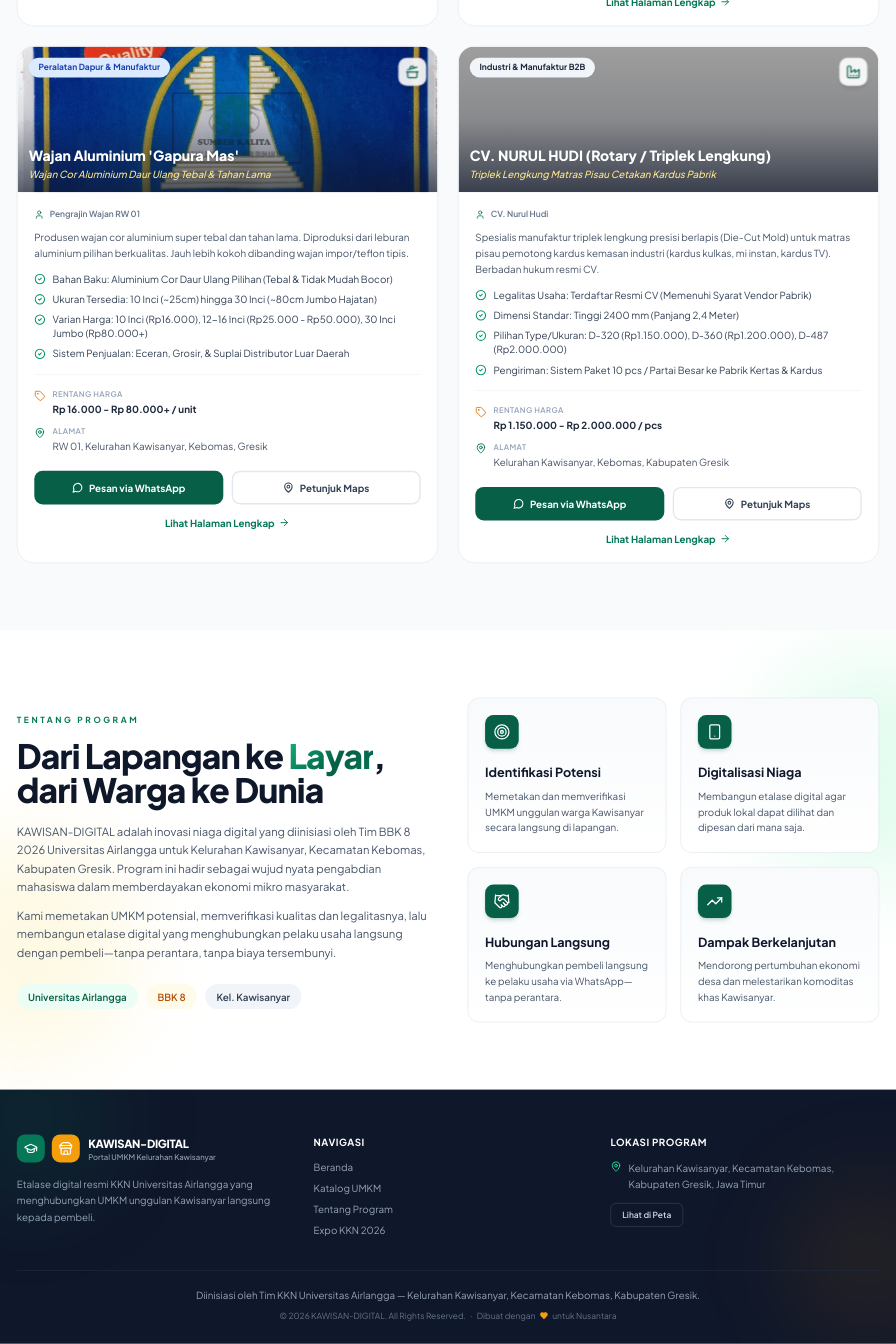
Repository: Anggaaa2006/Kawisan-Digital-
Page: /
These files come from the project's save history. The page is drawn as it stood at one moment and after the next save; the edit follows.
The browser window is 1280 px wide. The pictures show the part of the page from y = 2051 to 3971 px (the page is 3971 px tall), at 70% of full size.
Pictures or frames that could not be fetched are drawn as grey boxes. The project was rebuilt for these pictures with package versions that can differ from the ones it lists, and the page was loaded fresh each time. Also part of the build but not shown: vite.config.ts, src/components/UmkmDetail.tsx.

Above is the page before, as saved 2026-08-03 13:54:00.

### index.html
<!doctype html>
<html lang="en">
  <head>
    <meta charset="UTF-8" />
    <link rel="icon" type="image/svg+xml" href="/vite.svg" />
    <meta name="viewport" content="width=device-width, initial-scale=1.0" />
    <title>KAWISAN-DIGITAL — Portal UMKM Kelurahan Kawisanyar</title>
    <meta name="description" content="KAWISAN-DIGITAL: Etalase digital resmi BBK 8 Universitas Airlangga. Empat UMKM unggulan Kelurahan Kawisanyar — herbal, kuliner tradisional, wajan aluminium, dan manufaktur kayu presisi." />
    <meta property="og:image" content="https://bolt.new/static/og_default.png" />
    <meta name="twitter:card" content="summary_large_image" />
    <meta name="twitter:image" content="https://bolt.new/static/og_default.png" />
  </head>
  <body>
    <div id="root"></div>
    <script type="module" src="/src/main.tsx"></script>
  </body>
</html>

### src/App.tsx
import { useRouter } from '@/hooks/useRouter';
import Navbar from '@/components/Navbar';
import Hero from '@/components/Hero';
import Catalog from '@/components/Catalog';
import About from '@/components/About';
import Footer from '@/components/Footer';
import UmkmDetail from '@/components/UmkmDetail';

export default function App() {
  const route = useRouter();

  if (route.name === 'umkm') {
    return (
      <div className="min-h-screen bg-slate-50 text-slate-900">
        <Navbar />
        <main>
          <UmkmDetail id={route.id} />
        </main>
        <Footer />
      </div>
    );
  }

  return (
    <div className="min-h-screen bg-slate-50 text-slate-900">
      <Navbar />
      <main>
        <Hero />
        <Catalog />
        <About />
      </main>
      <Footer />
    </div>
  );
}

### src/index.css
@import url('https://fonts.googleapis.com/css2?family=Plus+Jakarta+Sans:wght@300;400;500;600;700;800&display=swap');

@tailwind base;
@tailwind components;
@tailwind utilities;

:root {
  --emerald: #065f46;
  --emerald-light: #10b981;
  --amber: #d97706;
  --charcoal: #0f172a;
}

* {
  -webkit-font-smoothing: antialiased;
  -moz-osx-font-smoothing: grayscale;
}

html {
  scroll-behavior: smooth;
}

body {
  font-family: 'Plus Jakarta Sans', system-ui, sans-serif;
  background-color: #f8fafc;
  color: #0f172a;
}

::selection {
  background-color: rgba(6, 95, 70, 0.2);
  color: #065f46;
}

::-webkit-scrollbar { width: 10px; }
::-webkit-scrollbar-track { background: #f1f5f9; }
::-webkit-scrollbar-thumb { background: linear-gradient(#10b981, #065f46); border-radius: 8px; }

@layer components {
  .reveal {
    opacity: 0;
    transform: translateY(36px);
    transition: opacity 0.9s cubic-bezier(0.22,1,0.36,1), transform 0.9s cubic-bezier(0.22,1,0.36,1);
  }
  .reveal.is-visible { opacity: 1; transform: translateY(0); }
  .reveal-delay-1 { transition-delay: 0.1s; }
  .reveal-delay-2 { transition-delay: 0.2s; }
  .reveal-delay-3 { transition-delay: 0.3s; }
  .reveal-delay-4 { transition-delay: 0.4s; }

  .emerald-text {
    background: linear-gradient(135deg, #10b981 0%, #065f46 60%, #047857 100%);
    -webkit-background-clip: text;
    background-clip: text;
    -webkit-text-fill-color: transparent;
  }

  .card-lift {
    transition: transform 0.5s cubic-bezier(0.22,1,0.36,1), box-shadow 0.5s ease, border-color 0.4s ease;
  }
  .card-lift:hover {
    transform: translateY(-8px);
    box-shadow: 0 30px 60px -25px rgba(6, 95, 70, 0.35);
    border-color: rgba(16, 185, 129, 0.5);
  }

  .img-zoom { transition: transform 1.2s cubic-bezier(0.22,1,0.36,1); }
  .group:hover .img-zoom { transform: scale(1.08); }
}

@layer utilities {
  .text-balance { text-wrap: balance; }
}

### src/hooks/useRouter.ts
import { useEffect, useState } from 'react';

export type Route = { name: 'home' } | { name: 'umkm'; id: string };

function parseHash(): Route {
  const hash = window.location.hash;
  const match = hash.match(/^#\/umkm\/(.+)$/);
  if (match) return { name: 'umkm', id: decodeURIComponent(match[1]) };
  return { name: 'home' };
}

export function useRouter() {
  const [route, setRoute] = useState<Route>(parseHash());

  useEffect(() => {
    const onHashChange = () => {
      setRoute(parseHash());
      window.scrollTo({ top: 0, behavior: 'auto' });
    };
    window.addEventListener('hashchange', onHashChange);
    return () => window.removeEventListener('hashchange', onHashChange);
  }, []);

  return route;
}

export function umkmUrl(id: string): string {
  return `#/umkm/${id}`;
}

### src/components/Navbar.tsx
import { useEffect, useState } from 'react';
import { Menu, X, GraduationCap, Store } from 'lucide-react';

const links = [
  { label: 'Beranda', href: '#beranda' },
  { label: 'Katalog UMKM', href: '#katalog' },
  { label: 'Tentang Program', href: '#tentang' },
];

export default function Navbar() {
  const [scrolled, setScrolled] = useState(false);
  const [open, setOpen] = useState(false);

  useEffect(() => {
    const onScroll = () => setScrolled(window.scrollY > 24);
    onScroll();
    window.addEventListener('scroll', onScroll);
    return () => window.removeEventListener('scroll', onScroll);
  }, []);

  return (
    <header
      className={`fixed inset-x-0 top-0 z-50 transition-all duration-400 ${
        scrolled
          ? 'border-b border-slate-200/70 bg-white/90 backdrop-blur-md shadow-sm'
          : 'bg-white/70 backdrop-blur-sm'
      }`}
    >
      <nav className="mx-auto flex max-w-7xl items-center justify-between px-5 py-3 sm:px-6">
        {/* Branding & partnership */}
        <a href="#beranda" className="flex items-center gap-3">
          <div className="flex items-center gap-2.5">
            <span className="flex h-10 w-10 items-center justify-center rounded-xl bg-emerald-800 text-white shadow-md shadow-emerald-800/20">
              <GraduationCap className="h-5 w-5" strokeWidth={2} />
            </span>
            <span className="flex h-10 w-10 items-center justify-center rounded-xl bg-amber-500 text-white shadow-md shadow-amber-500/20">
              <Store className="h-5 w-5" strokeWidth={2} />
            </span>
          </div>
          <div className="hidden h-9 w-px bg-slate-200 sm:block" />
          <div className="hidden flex-col leading-tight sm:flex">
            <span className="text-base font-extrabold tracking-tight text-emerald-800">
              KAWISAN-DIGITAL
            </span>
            <span className="text-[11px] font-medium text-slate-500">
              Portal UMKM Kelurahan Kawisanyar
            </span>
          </div>
        </a>

        {/* Desktop nav */}
        <div className="hidden items-center gap-8 md:flex">
          {links.map((l) => (
            <a
              key={l.href}
              href={l.href}
              className="group relative text-sm font-semibold text-slate-600 transition-colors hover:text-emerald-800"
            >
              {l.label}
              <span className="absolute -bottom-1.5 left-0 h-0.5 w-0 bg-emerald-600 transition-all duration-300 group-hover:w-full" />
            </a>
          ))}
          <a
            href="#katalog"
            className="rounded-full bg-emerald-800 px-5 py-2.5 text-sm font-bold text-white shadow-md shadow-emerald-800/25 transition-all hover:bg-emerald-900 hover:shadow-lg hover:shadow-emerald-800/30"
          >
            Expo KKN 2026
          </a>
        </div>

        {/* Mobile toggle */}
        <button
          onClick={() => setOpen((v) => !v)}
          className="flex h-10 w-10 items-center justify-center rounded-lg border border-slate-200 text-emerald-800 md:hidden"
          aria-label="Menu"
        >
          {open ? <X className="h-5 w-5" /> : <Menu className="h-5 w-5" />}
        </button>
      </nav>

      {/* Mobile menu */}
      <div
        className={`overflow-hidden border-t border-slate-100 bg-white transition-all duration-400 md:hidden ${
          open ? 'max-h-72' : 'max-h-0'
        }`}
      >
        <div className="space-y-1 px-5 py-3">
          {links.map((l) => (
            <a
              key={l.href}
              href={l.href}
              onClick={() => setOpen(false)}
              className="block rounded-lg px-4 py-3 text-sm font-semibold text-slate-700 transition-colors hover:bg-emerald-50 hover:text-emerald-800"
            >
              {l.label}
            </a>
          ))}
          <a
            href="#katalog"
            onClick={() => setOpen(false)}
            className="mt-2 block rounded-lg bg-emerald-800 px-4 py-3 text-center text-sm font-bold text-white"
          >
            Expo KKN 2026
          </a>
        </div>
      </div>
    </header>
  );
}

### src/components/About.tsx
import { useReveal } from '@/hooks/useReveal';
import { Target, Smartphone, Handshake, TrendingUp } from 'lucide-react';

const pillars = [
  {
    icon: Target,
    title: 'Identifikasi Potensi',
    text: 'Memetakan dan memverifikasi UMKM unggulan warga Kawisanyar secara langsung di lapangan.',
  },
  {
    icon: Smartphone,
    title: 'Digitalisasi Niaga',
    text: 'Membangun etalase digital agar produk lokal dapat dilihat dan dipesan dari mana saja.',
  },
  {
    icon: Handshake,
    title: 'Hubungan Langsung',
    text: 'Menghubungkan pembeli langsung ke pelaku usaha via WhatsApp—tanpa perantara.',
  },
  {
    icon: TrendingUp,
    title: 'Dampak Berkelanjutan',
    text: 'Mendorong pertumbuhan ekonomi desa dan melestarikan komoditas khas Kawisanyar.',
  },
];

export default function About() {
  const ref = useReveal<HTMLDivElement>();

  return (
    <section id="tentang" ref={ref} className="relative overflow-hidden bg-white py-24">
      <div className="pointer-events-none absolute -right-32 top-10 h-80 w-80 rounded-full bg-emerald-100/60 blur-3xl" />
      <div className="pointer-events-none absolute -left-32 bottom-10 h-80 w-80 rounded-full bg-amber-100/50 blur-3xl" />

      <div className="relative mx-auto max-w-7xl px-5 sm:px-6">
        <div className="grid gap-14 lg:grid-cols-2 lg:items-center">
          <div className="reveal">
            <span className="text-xs font-bold uppercase tracking-[0.3em] text-emerald-700">
              Tentang Program
            </span>
            <h2 className="mt-4 font-sans text-3xl font-extrabold tracking-tight text-slate-900 sm:text-4xl md:text-5xl">
              Dari Lapangan ke <span className="emerald-text">Layar</span>, <br className="hidden sm:block" />
              dari Warga ke Dunia
            </h2>
            <p className="mt-6 text-base leading-relaxed text-slate-600">
              KAWISAN-DIGITAL adalah inovasi niaga digital yang diinisiasi oleh Tim BBK 8 2026
              Universitas Airlangga untuk Kelurahan Kawisanyar, Kecamatan Kebomas, Kabupaten
              Gresik. Program ini hadir sebagai wujud nyata pengabdian mahasiswa dalam
              memberdayakan ekonomi mikro masyarakat.
            </p>
            <p className="mt-4 text-base leading-relaxed text-slate-600">
              Kami memetakan UMKM potensial, memverifikasi kualitas dan legalitasnya, lalu
              membangun etalase digital yang menghubungkan pelaku usaha langsung dengan
              pembeli—tanpa perantara, tanpa biaya tersembunyi.
            </p>

            <div className="mt-8 flex flex-wrap gap-3">
              <span className="rounded-full bg-emerald-50 px-4 py-2 text-sm font-semibold text-emerald-800">
                Universitas Airlangga
              </span>
              <span className="rounded-full bg-amber-50 px-4 py-2 text-sm font-semibold text-amber-700">
                BBK 8
              </span>
              <span className="rounded-full bg-slate-100 px-4 py-2 text-sm font-semibold text-slate-700">
                Kel. Kawisanyar
              </span>
            </div>
          </div>

          <div className="reveal reveal-delay-2 grid gap-5 sm:grid-cols-2">
            {pillars.map((p) => (
              <div
                key={p.title}
                className="group rounded-2xl border border-slate-200 bg-gradient-to-b from-slate-50 to-white p-6 card-lift"
              >
                <span className="flex h-12 w-12 items-center justify-center rounded-xl bg-emerald-800 text-white shadow-md shadow-emerald-800/20 transition-transform group-hover:scale-110">
                  <p.icon className="h-6 w-6" strokeWidth={1.8} />
                </span>
                <h3 className="mt-5 text-lg font-bold text-slate-900">{p.title}</h3>
                <p className="mt-2 text-sm leading-relaxed text-slate-600">{p.text}</p>
              </div>
            ))}
          </div>
        </div>
      </div>
    </section>
  );
}

### src/components/Footer.tsx
import { GraduationCap, Store, MapPin, Heart } from 'lucide-react';

export default function Footer() {
  return (
    <footer className="relative overflow-hidden bg-slate-900 pt-16 pb-8 text-slate-300">
      <div className="pointer-events-none absolute -left-20 -top-20 h-60 w-60 rounded-full bg-emerald-700/15 blur-3xl" />
      <div className="pointer-events-none absolute -right-20 bottom-0 h-60 w-60 rounded-full bg-amber-600/10 blur-3xl" />

      <div className="relative mx-auto max-w-7xl px-5 sm:px-6">
        <div className="grid gap-10 md:grid-cols-3">
          {/* Brand */}
          <div>
            <div className="flex items-center gap-3">
              <div className="flex items-center gap-2.5">
                <span className="flex h-10 w-10 items-center justify-center rounded-xl bg-emerald-700 text-white">
                  <GraduationCap className="h-5 w-5" strokeWidth={2} />
                </span>
                <span className="flex h-10 w-10 items-center justify-center rounded-xl bg-amber-500 text-white">
                  <Store className="h-5 w-5" strokeWidth={2} />
                </span>
              </div>
              <div className="flex flex-col leading-tight">
                <span className="text-base font-extrabold tracking-tight text-white">
                  KAWISAN-DIGITAL
                </span>
                <span className="text-[11px] font-medium text-slate-400">
                  Portal UMKM Kelurahan Kawisanyar
                </span>
              </div>
            </div>
            <p className="mt-5 max-w-sm text-sm leading-relaxed text-slate-400">
              Etalase digital resmi KKN Universitas Airlangga yang menghubungkan UMKM
              unggulan Kawisanyar langsung kepada pembeli.
            </p>
          </div>

          {/* Quick links */}
          <div>
            <h4 className="text-sm font-bold uppercase tracking-wider text-white">Navigasi</h4>
            <ul className="mt-4 space-y-2.5 text-sm">
              {[
                { l: 'Beranda', h: '#beranda' },
                { l: 'Katalog UMKM', h: '#katalog' },
                { l: 'Tentang Program', h: '#tentang' },
                { l: 'Expo KKN 2026', h: '#katalog' },
              ].map((x) => (
                <li key={x.h}>
                  <a href={x.h} className="text-slate-400 transition-colors hover:text-amber-400">
                    {x.l}
                  </a>
                </li>
              ))}
            </ul>
          </div>

          {/* Location */}
          <div>
            <h4 className="text-sm font-bold uppercase tracking-wider text-white">Lokasi Program</h4>
            <div className="mt-4 flex items-start gap-2.5 text-sm text-slate-400">
              <MapPin className="mt-0.5 h-4 w-4 flex-shrink-0 text-emerald-400" />
              <span className="leading-relaxed">
                Kelurahan Kawisanyar, Kecamatan Kebomas, Kabupaten Gresik, Jawa Timur
              </span>
            </div>
            <a
              href="https://maps.google.com/?q=Kawisanyar+Kebomas+Gresik"
              target="_blank"
              rel="noopener noreferrer"
              className="mt-4 inline-flex rounded-lg border border-slate-700 px-4 py-2 text-xs font-semibold text-slate-300 transition-colors hover:border-emerald-600 hover:bg-emerald-900/30 hover:text-emerald-300"
            >
              Lihat di Peta
            </a>
          </div>
        </div>

        <div className="mt-12 border-t border-slate-800 pt-6">
          <p className="text-center text-sm text-slate-400">
            Diinisiasi oleh Tim KKN Universitas Airlangga — Kelurahan Kawisanyar, Kecamatan
            Kebomas, Kabupaten Gresik.
          </p>
          <p className="mt-3 flex items-center justify-center gap-1.5 text-center text-xs text-slate-500">
            © 2026 KAWISAN-DIGITAL. All Rights Reserved.
            <span className="text-emerald-500">·</span>
            Dibuat dengan
            <Heart className="h-3 w-3 fill-amber-500 text-amber-500" />
            untuk Nusantara
          </p>
        </div>
      </div>
    </footer>
  );
}

### src/hooks/useReveal.ts
import { useEffect, useRef } from 'react';

export function useReveal<T extends HTMLElement = HTMLDivElement>() {
  const ref = useRef<T>(null);

  useEffect(() => {
    const el = ref.current;
    if (!el) return;
    const observer = new IntersectionObserver(
      (entries) => {
        entries.forEach((entry) => {
          if (entry.isIntersecting) {
            entry.target.classList.add('is-visible');
            observer.unobserve(entry.target);
          }
        });
      },
      { threshold: 0.12, rootMargin: '0px 0px -50px 0px' },
    );
    el.querySelectorAll('.reveal').forEach((node) => observer.observe(node));
    return () => observer.disconnect();
  }, []);

  return ref;
}

Loaded but not shown: src/main.tsx (common file); tailwind.config.js (36 lines, source omitted); src/data/umkm.ts (183 lines, source omitted); src/components/Catalog.tsx (163 lines, source omitted); src/components/Hero.tsx (149 lines, source omitted)

After the next save:
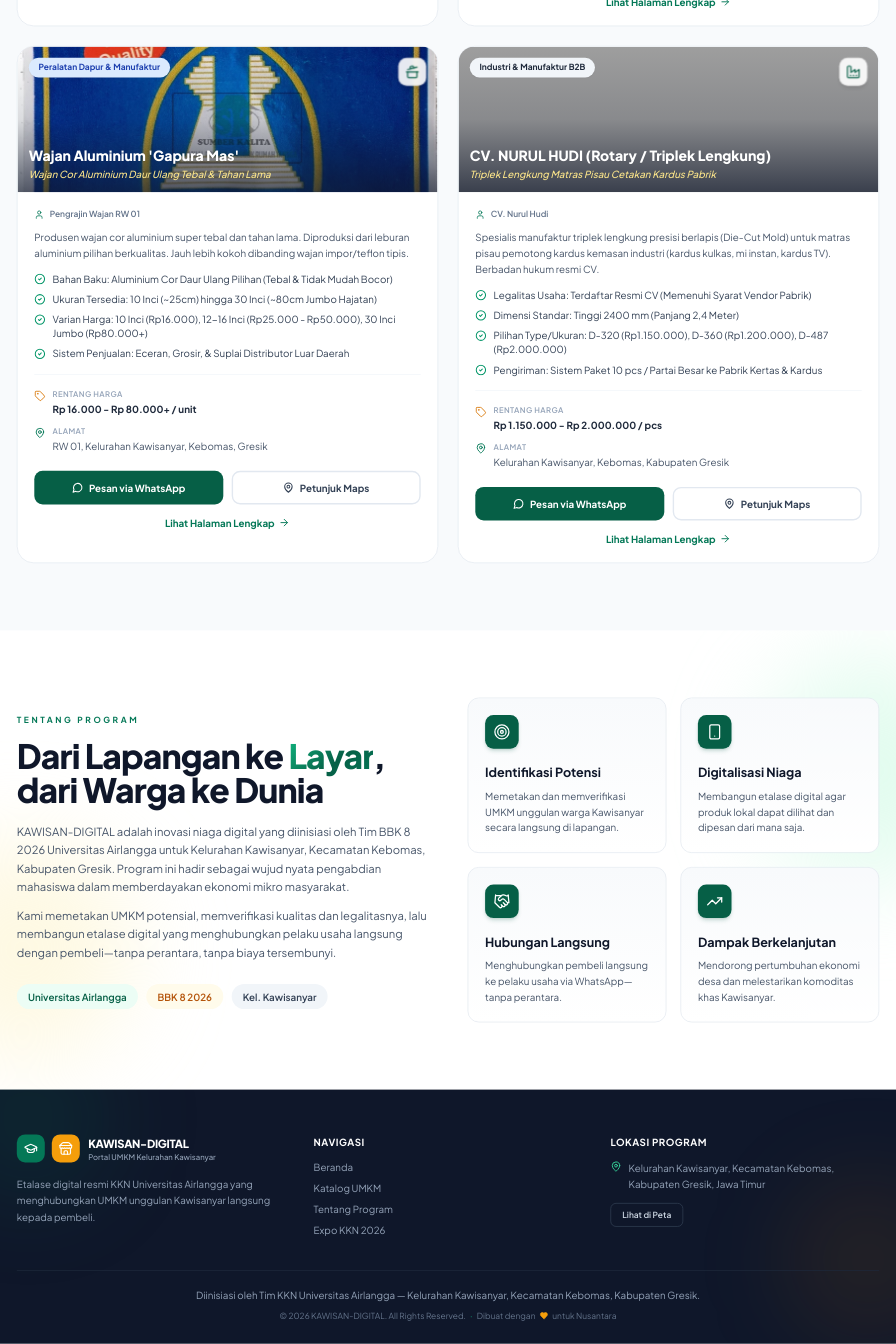
Saved 8 s later.
--- a/src/components/About.tsx
+++ b/src/components/About.tsx
@@ -59,7 +59,7 @@ export default function About() {
                 Universitas Airlangga
               </span>
               <span className="rounded-full bg-amber-50 px-4 py-2 text-sm font-semibold text-amber-700">
-                BBK 8
+                BBK 8 2026
               </span>
               <span className="rounded-full bg-slate-100 px-4 py-2 text-sm font-semibold text-slate-700">
                 Kel. Kawisanyar
